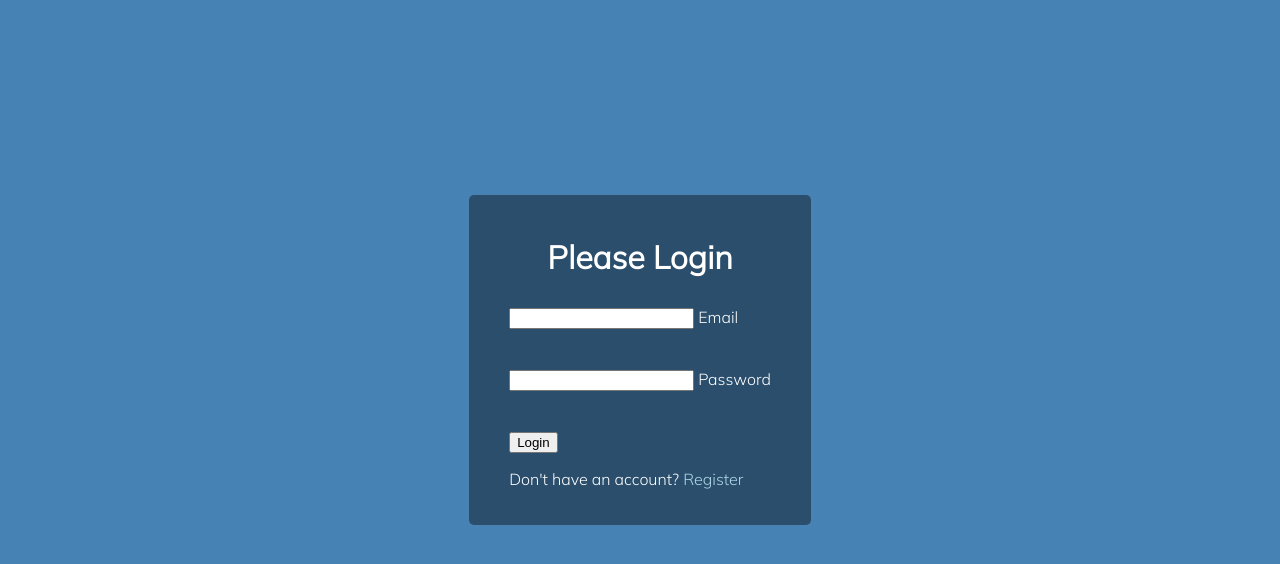
Repository: Berkan71/js-example-little-projects
Page: form-input-wave/index.html
An editor plug-in stored every save of this project. The page is shown before and after the next save, followed by the edit.
The browser window is 1280 px wide. The pictures show the whole page.

Above is the page before, as saved 2022-07-27 21:25:22.

After the next save:
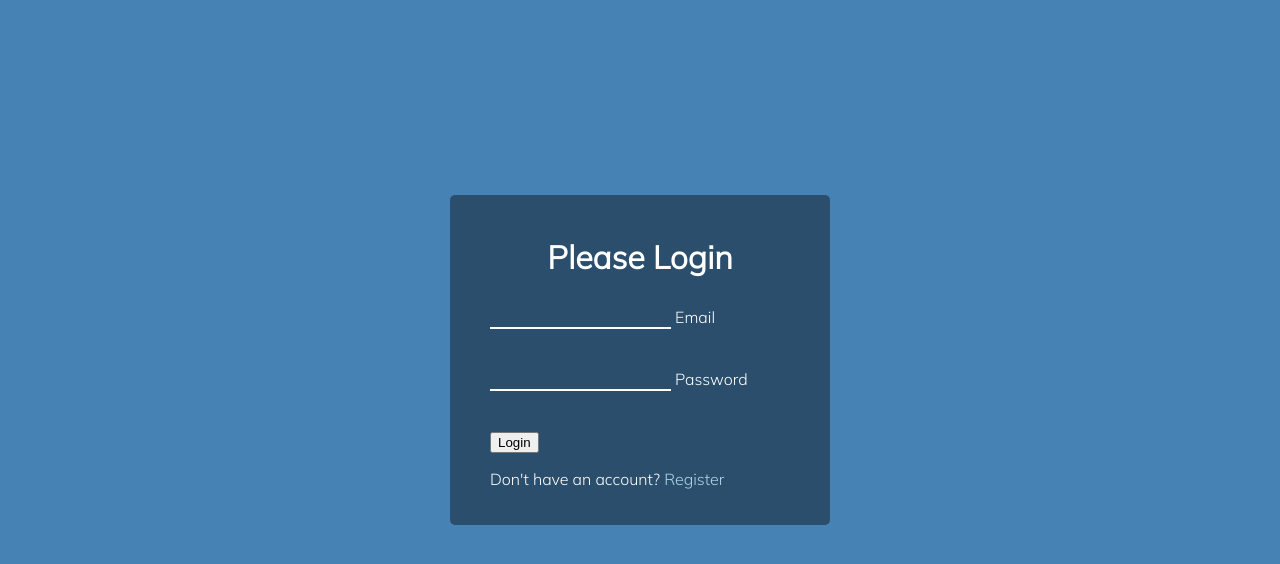
Saved 63 s later.
--- a/form-input-wave/style.css
+++ b/form-input-wave/style.css
@@ -36,4 +36,11 @@ body {
 .form-control {
     position: relative;
     margin: 20px 0 40px;
+    width: 300px;
 }
+
+.form-control input {
+    background-color: transparent;
+    border: 0;
+    border-bottom:  2px #fff solid;
+}
